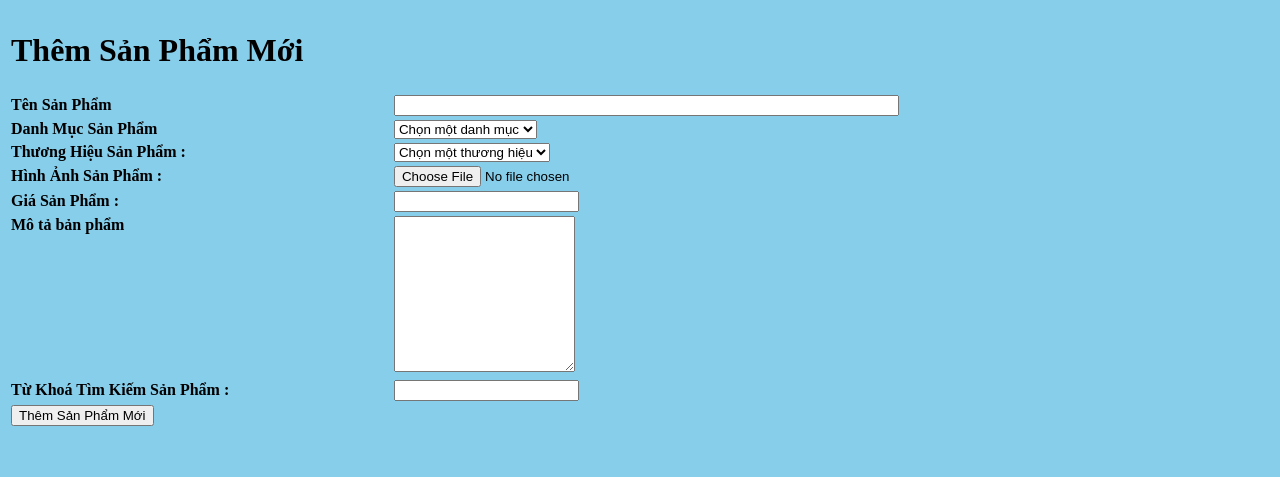
Repository: minhkhuyen1711/hpt
Page: http://localhost/website-ecommerce-php-master/admin_area/insert_product.php
These files come from the project's save history. The page is drawn as it stood at one moment and after the next save; the edit follows.
The browser window is 1280 px wide. The pictures show the whole page.
The page is run by PHP 8.4 with error messages shown; the project is at /var/www/html/. The database holds what the project's SQL file puts in it.

Above is the page before, as saved 2021-06-13 02:51:55.

### admin_area/insert_product.php

<?php
include('includes/db.php');
?>

<!DOCTYPE html>
<html lang="en">
<head>
    <meta charset="UTF-8">
    <meta http-equiv="X-UA-Compatible" content="IE=edge">
    <meta name="viewport" content="width=device-width, initial-scale=1.0">
    <title>Inserting Product</title>
</head>
<body bgcolor="skyblue">
<form action="" method="POST" enctype="multipart/form-data">
        <table align="center" width="100%">
            <tr>
                <td colspan="7">
                    <h1>Thêm Sản Phẩm Mới</h1>
                    <div class="border_bottom">

                    </div>
                </td>
            </tr>
            <tr>
                <td><b>Tên Sản Phẩm</b></td>
                <td><input type="text" name="product_title" size="60" required value=""></td>
            </tr>
            <tr>
                <td><b>Danh Mục Sản Phẩm</b></td>
                <td>
                    <select name="product_cat" id="">
                        <option value="">Chọn một danh mục</option>
                        <?php
                        $get_cats = "SELECT * from categories";
                        $run_cats = mysqli_query($con, $get_cats);

                        while ($row_cats = mysqli_fetch_array($run_cats)) {
                            $cat_id = $row_cats['cat_id'];
                            $cat_title = $row_cats['cat_title'];
                            echo "<option value = '$cat_id'>$cat_title</option>";
                        }
                        ?>
                    </select>
                </td>
            </tr>
            <tr>
                <td><b>Thương Hiệu Sản Phẩm : </b></td>
                <td>
                    <select name="product_brand" id="">
                        <option value="">Chọn một thương hiệu</option>
                        <?php
                        $get_brands = "SELECT * from brands";
                        $run_brands = mysqli_query($con, $get_brands);

                        while ($row_brands = mysqli_fetch_array($run_brands)) {
                            $brand_id = $row_brands['brand_id'];
                            $brand_title = $row_brands['brand_title'];
                            echo "<option value = '$brand_id'>$brand_title</option>";
                        }
                        ?>
                    </select>
                </td>
            </tr>
            <tr>
                <td><b>Hình Ảnh Sản Phẩm : </b></td>
                <td><input type="file" name="product_image" /></td>
            </tr>
            <tr>
                <td><b>Giá Sản Phẩm : </b></td>
                <td><input type="text" name="product_price" required/ id=""></td>
            </tr>
            <tr>
                <td valign = "top"><b>Mô tả bản phẩm</b></td>
                <td><textarea name="product_desc" rows="10"></textarea></td>
            </tr>
            <tr>
                <td><b>Từ Khoá Tìm Kiếm Sản Phẩm : </b></td>
                <td><input type="text" name="product_keywords" required/ id=""></td>
            </tr>
            <tr>
                <td colspan="7"><input type="submit" name="insert_post" value="Thêm Sản Phẩm Mới" id=""></td>
            </tr>
        </table>
    </form>
</div>
<!-- Thêm sản phẩm mới -->
<?php
if (isset($_POST['insert_post'])) {
    $product_title = $_POST['product_title'];
    $product_cat = $_POST['product_cat'];
    $product_brand = $_POST['product_brand'];
    $product_price = $_POST['product_price'];
    $product_desc = trim(mysqli_real_escape_string($con, $_POST['product_desc']));
    $product_keywords = $_POST['product_keywords'];

    //getting the image from the field
    $product_image = $_FILES['product_image']['name'];
    $product_image_tmp = $_FILES['product_image']['tmp_name'];

    // echo( $product_title);
    // echo($product_cat);
    // echo($product_brand);
    echo ($product_price);
    // echo($product_desc);
    // echo($product_image);
    // echo($product_image_tmp);

    move_uploaded_file($product_image_tmp, "product_images/$product_image");

    $insert_product =
        "INSERT INTO products(product_cat,product_brand,product_title,product_price,product_desc,product_image,product_keywords)
        value('$product_cat','$product_brand','$product_title','$product_price','$product_desc','$product_image','$product_keywords')";
    $insert_pro = mysqli_query($con, $insert_product);

    if ($insert_pro) {
        echo ("<script>alert('Thêm sản phẩm thành công!')</script>");
        //echo ("<script>window.open('index.php?insert_product','_self')</script>");
    }
}
?>

### admin_area/includes/db.php
 <!-- kết nối với mysql -->
<?php
    $con = mysqli_connect("localhost","root","","thuongmaidientu");

    if(mysqli_connect_error()){
        echo("failed to connect to mysql." . mysqli_connect_error());
    }else{

    }

?>

### sql/thuongmaidientu.sql (the tables this page reads)
CREATE TABLE `brands` (
  `brand_id` int(100) NOT NULL,
  `brand_title` varchar(250) COLLATE utf8mb4_unicode_ci NOT NULL
) ENGINE=InnoDB DEFAULT CHARSET=utf8mb4 COLLATE=utf8mb4_unicode_ci;

INSERT INTO `brands` (`brand_id`, `brand_title`) VALUES
(1, 'HP'),
(2, 'DELL'),
(3, 'LG'),
(5, 'Sony'),
(7, 'Lenovo'),
(8, 'Apple'),
(13, 'Asus'),
(14, 'Acer'),
(15, 'Sam Sung');

ALTER TABLE `brands`
  ADD PRIMARY KEY (`brand_id`);

ALTER TABLE `brands`
  MODIFY `brand_id` int(100) NOT NULL AUTO_INCREMENT, AUTO_INCREMENT=16;

CREATE TABLE `categories` (
  `cat_id` int(100) NOT NULL,
  `cat_title` varchar(100) COLLATE utf8mb4_unicode_ci NOT NULL
) ENGINE=InnoDB DEFAULT CHARSET=utf8mb4 COLLATE=utf8mb4_unicode_ci;

INSERT INTO `categories` (`cat_id`, `cat_title`) VALUES
(1, 'PC'),
(2, 'TV'),
(3, 'Laptop'),
(4, 'Phụ kiện'),
(5, 'Máy ảnh'),
(6, 'Điện thoại');

ALTER TABLE `categories`
  ADD PRIMARY KEY (`cat_id`);

ALTER TABLE `categories`
  MODIFY `cat_id` int(100) NOT NULL AUTO_INCREMENT, AUTO_INCREMENT=13;

After the next save:
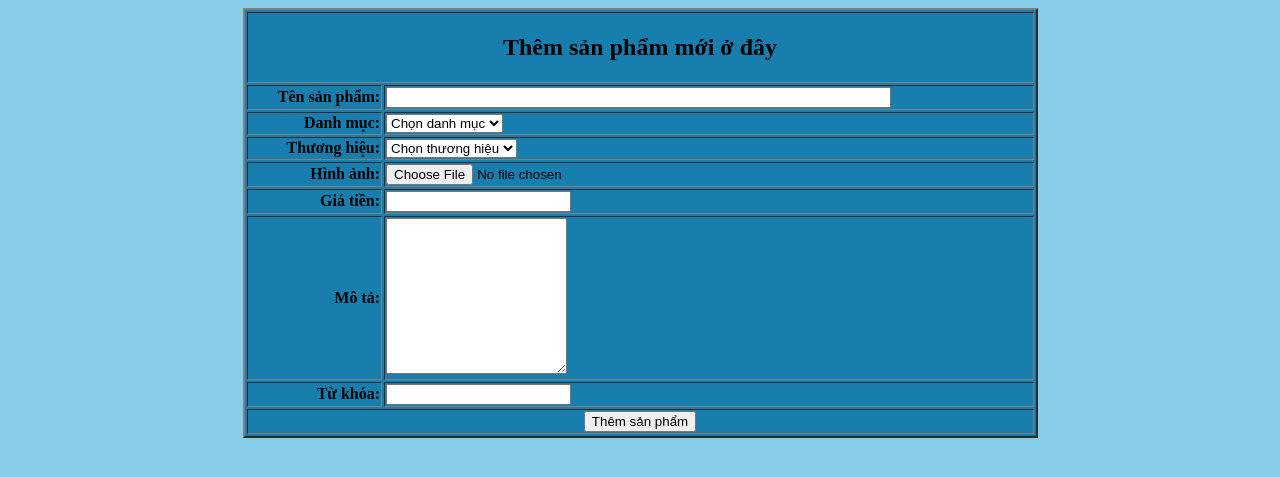
Saved 53 s later.
--- a/admin_area/insert_product.php
+++ b/admin_area/insert_product.php
@@ -12,110 +12,118 @@ include('includes/db.php');
     <title>Inserting Product</title>
 </head>
 <body bgcolor="skyblue">
-<form action="" method="POST" enctype="multipart/form-data">
-        <table align="center" width="100%">
-            <tr>
-                <td colspan="7">
-                    <h1>Thêm Sản Phẩm Mới</h1>
-                    <div class="border_bottom">
-
-                    </div>
-                </td>
+    <form action="insert_product.php" method="post" enctype="mutipart/form-data">
+        <table align="center" width="795" border="2" bgcolor="#187eae">
+            <tr align="center">
+                <td colspan="7"><h2>Thêm sản phẩm mới ở đây</h2></td>
             </tr>
             <tr>
-                <td><b>Tên Sản Phẩm</b></td>
-                <td><input type="text" name="product_title" size="60" required value=""></td>
+                <td align="right"><b>Tên sản phẩm:</b></td>
+                <td><input type="text" name="product_title" size ="60" required></td>
             </tr>
             <tr>
-                <td><b>Danh Mục Sản Phẩm</b></td>
+                <td align="right"><b>Danh mục:</b></td>
                 <td>
-                    <select name="product_cat" id="">
-                        <option value="">Chọn một danh mục</option>
+                    <select name="product_cat">
+                        <option>Chọn danh mục</option>
+
                         <?php
-                        $get_cats = "SELECT * from categories";
+                        $get_cats = "select * from categories";
+
                         $run_cats = mysqli_query($con, $get_cats);
 
-                        while ($row_cats = mysqli_fetch_array($run_cats)) {
-                            $cat_id = $row_cats['cat_id'];
-                            $cat_title = $row_cats['cat_title'];
-                            echo "<option value = '$cat_id'>$cat_title</option>";
+                        while($row_cats=mysqli_fetch_array($run_cats)){
+                          $cat_id = $row_cats['cat_id'];
+
+                          $cat_title = $row_cats['cat_title'];
+
+                          echo "<option value='$cat_id'>$cat_title</option>";
                         }
                         ?>
                     </select>
                 </td>
             </tr>
+
             <tr>
-                <td><b>Thương Hiệu Sản Phẩm : </b></td>
+                <td align="right"><b>Thương hiệu:</b></td>
                 <td>
-                    <select name="product_brand" id="">
-                        <option value="">Chọn một thương hiệu</option>
+                    <select name="product_brand">
+                        <option>Chọn thương hiệu</option>
+
                         <?php
-                        $get_brands = "SELECT * from brands";
+                        $get_brands = "select * from brands";
+
                         $run_brands = mysqli_query($con, $get_brands);
 
-                        while ($row_brands = mysqli_fetch_array($run_brands)) {
-                            $brand_id = $row_brands['brand_id'];
-                            $brand_title = $row_brands['brand_title'];
-                            echo "<option value = '$brand_id'>$brand_title</option>";
+                        while($row_brands = mysqli_fetch_array($run_brands)){
+                          $brand_id = $row_brands['brand_id'];
+
+                          $brand_title = $row_brands['brand_title'];
+
+                          echo "<option value='$brand_id'>$brand_title</option>";
                         }
                         ?>
                     </select>
                 </td>
             </tr>
+
             <tr>
-                <td><b>Hình Ảnh Sản Phẩm : </b></td>
-                <td><input type="file" name="product_image" /></td>
+                <td align="right"><b>Hình ảnh:</b></td>
+                <td><input type="file" name="product_image"></td>
+            </tr>
+
+            <tr>
+                <td align="right"><b>Giá tiền:</b></td>
+                <td><input type="text" name="product_price" required></td>
             </tr>
             <tr>
-                <td><b>Giá Sản Phẩm : </b></td>
-                <td><input type="text" name="product_price" required/ id=""></td>
+                <td align="right"><b>Mô tả:</b></td>
+                <td><textarea name="product_desc" cols="20" rows="10"></textarea></td>
             </tr>
             <tr>
-                <td valign = "top"><b>Mô tả bản phẩm</b></td>
-                <td><textarea name="product_desc" rows="10"></textarea></td>
+                <td align="right"><b>Từ khóa:</b></td>
+                <td><input type="text" name="product_keywords" required></td>
             </tr>
-            <tr>
-                <td><b>Từ Khoá Tìm Kiếm Sản Phẩm : </b></td>
-                <td><input type="text" name="product_keywords" required/ id=""></td>
-            </tr>
-            <tr>
-                <td colspan="7"><input type="submit" name="insert_post" value="Thêm Sản Phẩm Mới" id=""></td>
+            <tr align="center">
+                <td colspan="7"><input type="submit" name="insert_post" value="Thêm sản phẩm"></td>
             </tr>
         </table>
     </form>
-</div>
-<!-- Thêm sản phẩm mới -->
+</body>
+</html>
+
+
 <?php
-if (isset($_POST['insert_post'])) {
+if(isset($_POST['insert_post'])){
     $product_title = $_POST['product_title'];
+    // product_title o dong 22 nhe
     $product_cat = $_POST['product_cat'];
     $product_brand = $_POST['product_brand'];
     $product_price = $_POST['product_price'];
-    $product_desc = trim(mysqli_real_escape_string($con, $_POST['product_desc']));
+    $product_desc = trim(mysqli_real_escape_string($con,$_POST['product_desc']));
     $product_keywords = $_POST['product_keywords'];
 
-    //getting the image from the field
+    // Lấy hình ảnh từ
     $product_image = $_FILES['product_image']['name'];
     $product_image_tmp = $_FILES['product_image']['tmp_name'];
 
-    // echo( $product_title);
-    // echo($product_cat);
-    // echo($product_brand);
-    echo ($product_price);
-    // echo($product_desc);
-    // echo($product_image);
-    // echo($product_image_tmp);
+    move_uploaded_file($product_image_tmp,"product_image/$product_image");
 
-    move_uploaded_file($product_image_tmp, "product_images/$product_image");
+    $insert_product = " insert into products (product_cat,product_brand,product_title,product_price,product_desc,product_image,product_keywords)
+    values('$product_cat','$product_brand','$product_title','$product_price','$product_desc','$product_image','$product_keywords')";
 
-    $insert_product =
-        "INSERT INTO products(product_cat,product_brand,product_title,product_price,product_desc,product_image,product_keywords)
-        value('$product_cat','$product_brand','$product_title','$product_price','$product_desc','$product_image','$product_keywords')";
     $insert_pro = mysqli_query($con, $insert_product);
 
-    if ($insert_pro) {
-        echo ("<script>alert('Thêm sản phẩm thành công!')</script>");
-        //echo ("<script>window.open('index.php?insert_product','_self')</script>");
+    if($insert_pro){
+        echo "<script>alert('Sản phẩm đã được thêm thành công !!!')</script>";
+
+        //echo "<script>window.open('index.php?insert_product','_self')</script>";
     }
+
+    // ở đây đang lỗi phần ảnh không thêm vào phần product_image ( xem lại video 14 của playlist)
+
+
+
+
 }
 ?>
